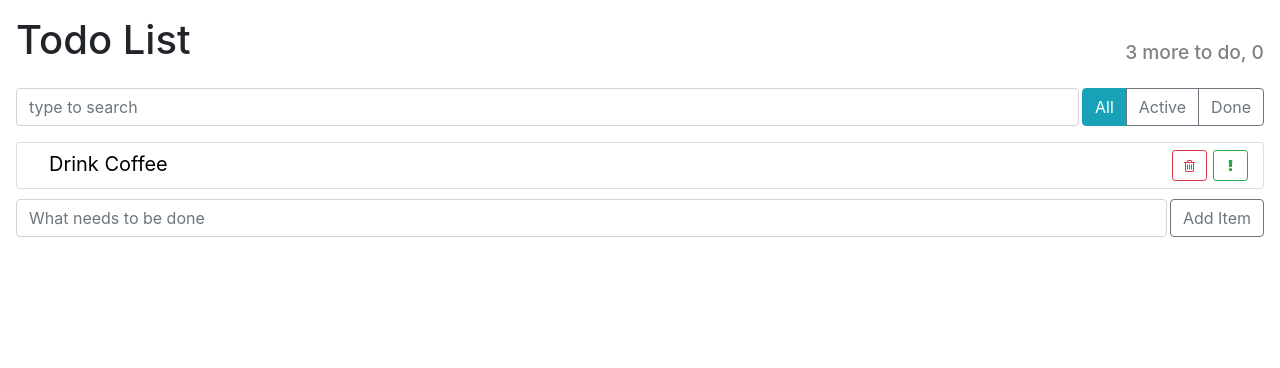
Repository: max535/react-todo-list
Page: /
These files come from the project's save history. The page is drawn as it stood at one moment and after the next save; the edit follows.
The browser window is 1280 px wide. The pictures show the whole page.
The project was rebuilt for these pictures with package versions that can differ from the ones it lists, and the page was loaded fresh each time.

Above is the page before, as saved 2022-01-22 19:16:41.

After the next save:
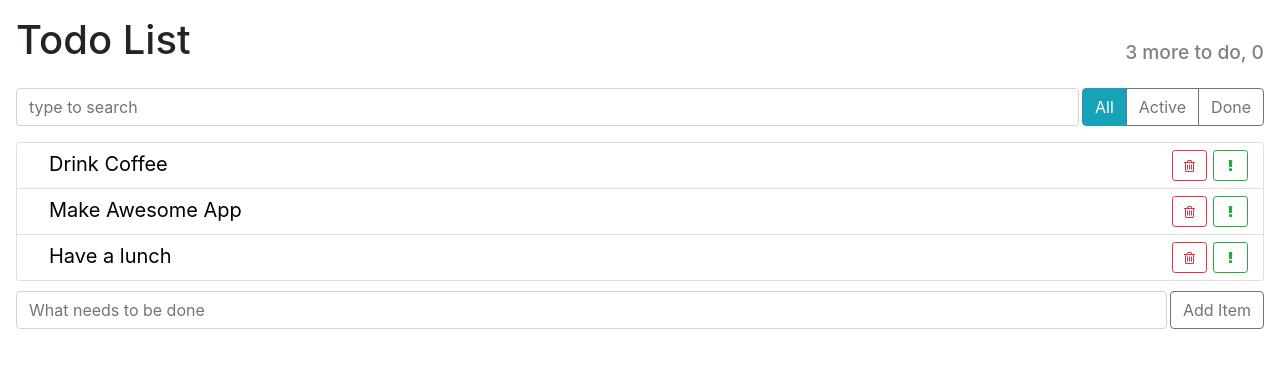
Saved 21 s later.
--- a/src/components/App/index.jsx
+++ b/src/components/App/index.jsx
@@ -17,7 +17,7 @@ export class App extends React.Component {
             this.createTodoItem('Make Awesome App'),
             this.createTodoItem('Have a lunch'),
         ],
-        term: 'fe',
+        term: '',
     };
 
     createTodoItem(label) {
